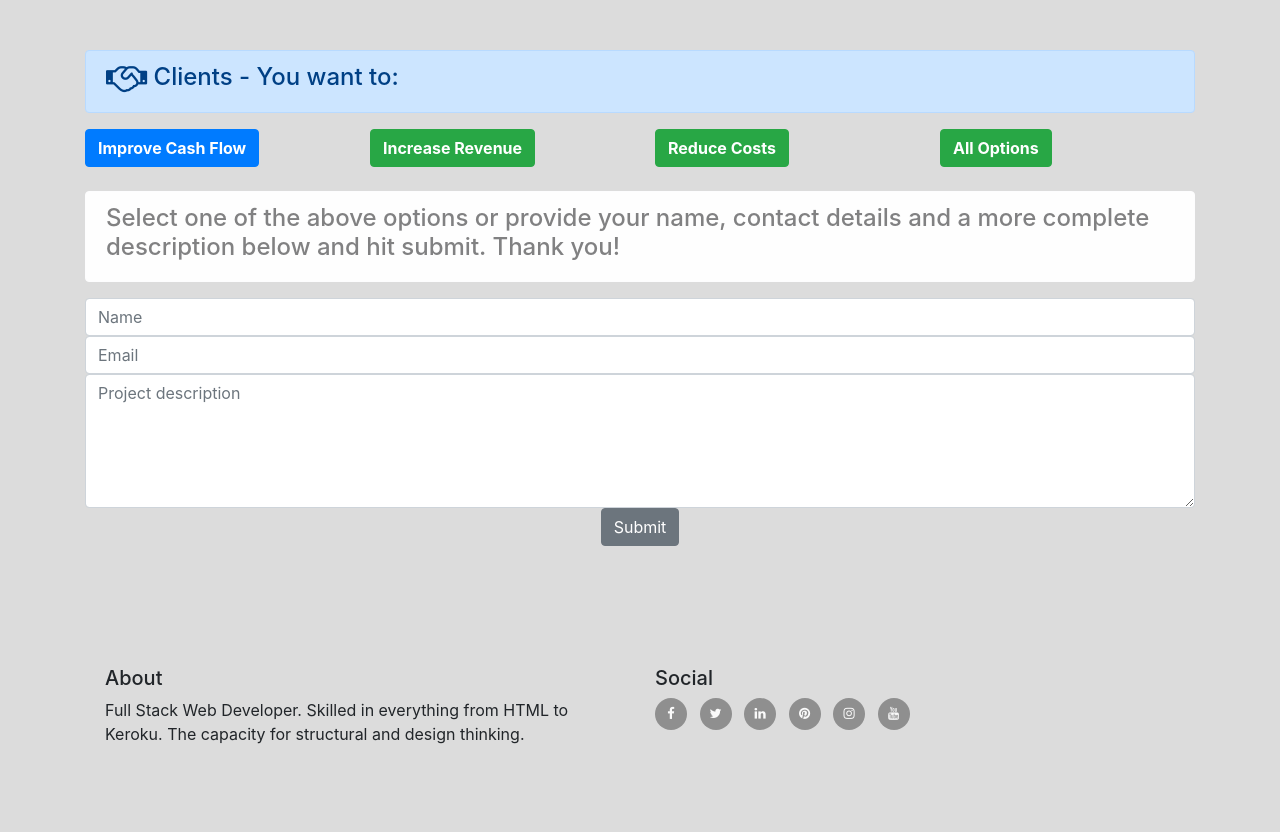
Repository: Code-Institute-Submissions/tenerim-milestone1
Page: Clients.html
The author's editor kept a record of every edit. The page is drawn from the files as they stood at one moment, then again after the next edit.
The browser window is 1280 px wide. The pictures show the whole page.

Above is the page before.

After the next edit:
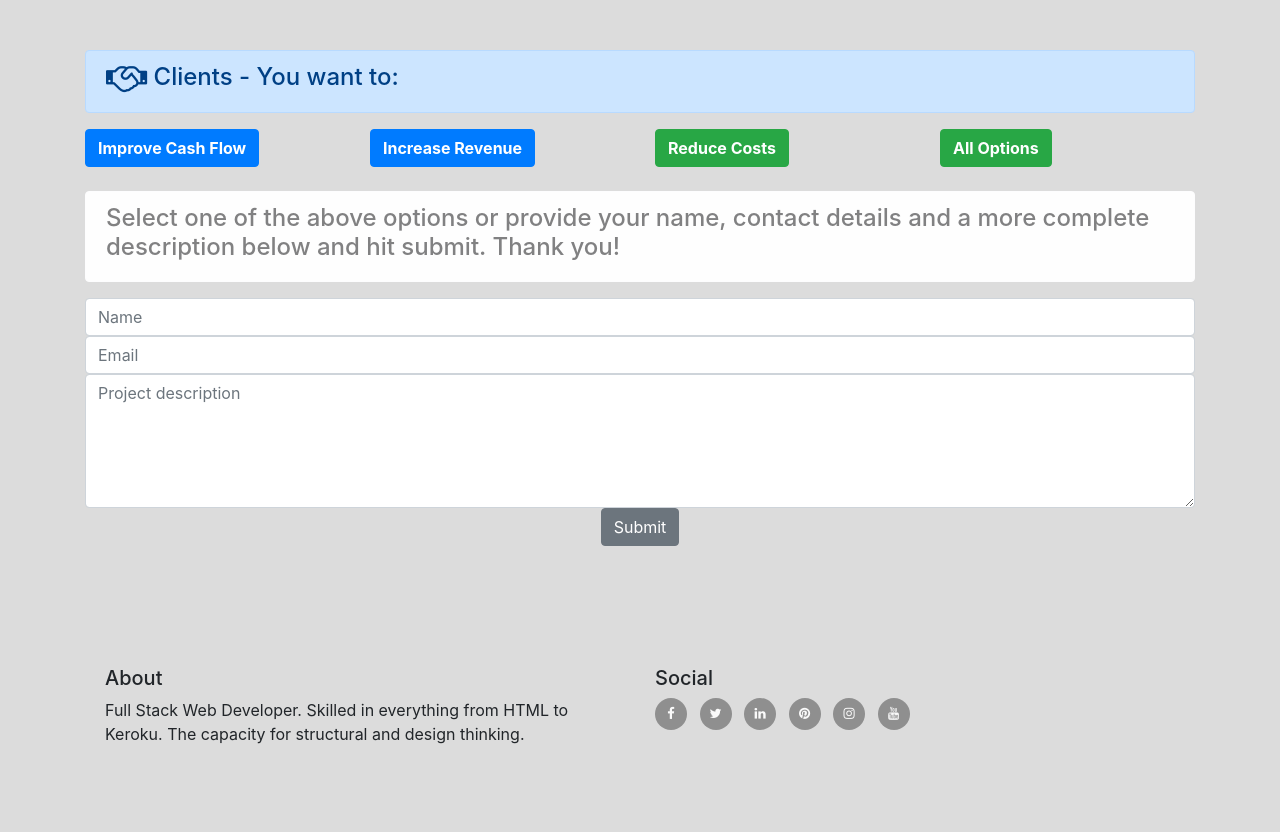
The edit:
--- a/Clients.html
+++ b/Clients.html
@@ -36,7 +36,7 @@
                     <button type="button" class="btn btn-primary"><a href="#" class="alert-link">Improve Cash Flow</a></button> <br />
                 </div>
                 <div class="col-sm-3">
-                    <button type="button" class="btn btn-success"><a href="#" class="alert-link">Increase Revenue</a></button> <br />
+                    <button type="button" class="btn btn-primary"><a href="#" class="alert-link">Increase Revenue</a></button> <br />
                 </div>
                 <div class="col-sm-3">
                     <button type="button" class="btn btn-success"><a href="#" class="alert-link">Reduce Costs</a></button> <br />
